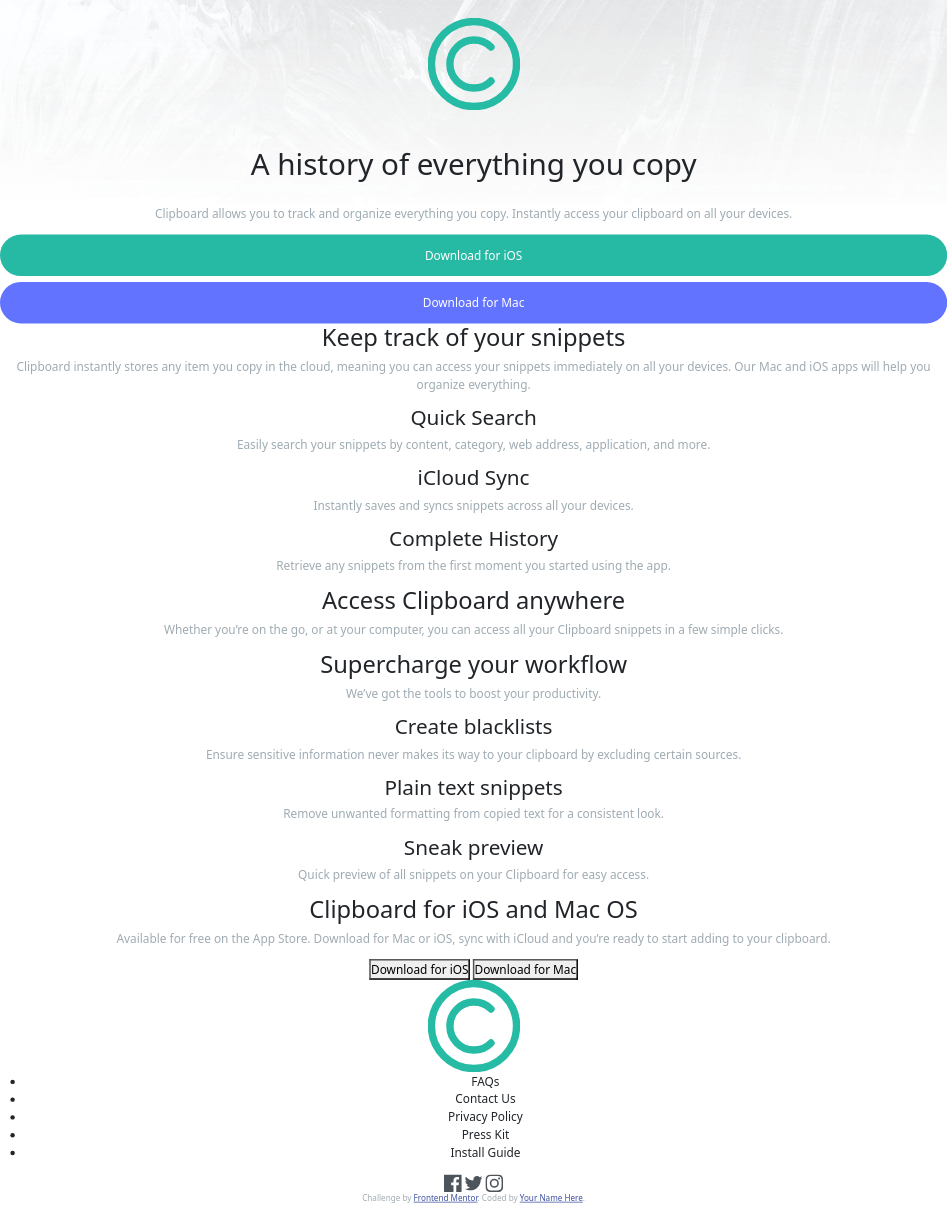
Repository: blordeus/clipboard-landing-page-master
Page: index.html
An editor plug-in stored every save of this project. The page is shown before and after a run of saves, followed by the edit.
The browser window is 1280 px wide. The pictures show the whole page, at 74% of full size.
Some web fonts or font styles are not loaded; a fallback is used. The style sheet was rebuilt from its Sass, Less or Tailwind sources for each picture, by a compiler version that may differ from the author's.

Above is the page before, as saved 2023-09-04 11:29:57.

### index.html
<!DOCTYPE html>
<html lang="en">
<head>
  <meta charset="UTF-8">
  <meta name="viewport" content="width=device-width, initial-scale=1.0"> <!-- displays site properly based on user's device -->

  <link rel="icon" type="image/png" sizes="32x32" href="./images/favicon-32x32.png">
  <link rel="stylesheet" href="style.css">
  <link href="https://cdn.jsdelivr.net/npm/bootstrap@5.3.1/dist/css/bootstrap.min.css" rel="stylesheet" integrity="sha384-4bw+/aepP/YC94hEpVNVgiZdgIC5+VKNBQNGCHeKRQN+PtmoHDEXuppvnDJzQIu9" crossorigin="anonymous">
  <title>Frontend Mentor | Clipboard landing page</title>

</head>
<body>
<main class="text-center">
    <header class="background py-4">
      <img src="./images/logo.svg" alt="">
      <h1 class="mt-5 translate-bottom-y">A history of everything you copy</h1>
    </header>

    <p>
      Clipboard allows you to track and organize everything you
      copy. Instantly access your clipboard on all your devices.
    </p>

    <div class="d-grid gap-2 d-block">
      <button class="btn-cyan rounded-pill">Download for iOS</button>
      <button class="btn-blue rounded-pill">Download for Mac</button>
    </div>

    <h2>Keep track of your snippets</h2>

    <p>
      Clipboard instantly stores any item you copy in the cloud,
      meaning you can access your snippets immediately on all your
      devices. Our Mac and iOS apps will help you organize everything.
    </p>

    <section>
      <h3>Quick Search</h3>
      <p>Easily search your snippets by content, category, web address, application, and more.</p>
      <h3>iCloud Sync</h3>
      <p>Instantly saves and syncs snippets across all your devices.</p>
      <h3>Complete History</h3>
      <p>Retrieve any snippets from the first moment you started using the app.</p>
    </section>

    <h2>Access Clipboard anywhere</h2>

    <p>
      Whether you’re on the go, or at your computer, you can access all your Clipboard
      snippets in a few simple clicks.
    </p>

    <h2>Supercharge your workflow</h2>

    <p>We’ve got the tools to boost your productivity.</p>

    <section>
      <h3>Create blacklists</h3>
      <p>Ensure sensitive information never makes its way to your clipboard by excluding certain sources.</p>
      <h3>Plain text snippets</h3>
      <p>Remove unwanted formatting from copied text for a consistent look.</p>
      <h3>Sneak preview</h3>
      <p>Quick preview of all snippets on your Clipboard for easy access.</p>
    </section>

    <h2>Clipboard for iOS and Mac OS</h2>

    <p>
      Available for free on the App Store. Download for Mac or iOS, sync with iCloud
      and you’re ready to start adding to your clipboard.
    </p>

    <button>Download for iOS</button>
    <button>Download for Mac</button>

    <section>
      <img src="./images/logo.svg" alt="">
      <ul>
        <li>FAQs</li>
        <li>Contact Us</li>
        <li>Privacy Policy</li>
        <li>Press Kit</li>
        <li>Install Guide</li>
      </ul>
      <div class="icons">
        <img src="./images/icon-facebook.svg" alt="">
        <img src="./images/icon-twitter.svg" alt="">
        <img src="./images/icon-instagram.svg" alt="">
      </div>
    </section>

    <footer>
      <p class="attribution">
        Challenge by <a rel= "noopener" href="https://www.frontendmentor.io?ref=challenge" target="_blank">Frontend Mentor</a>.
        Coded by <a href="#">Your Name Here</a>.
      </p>
    </footer>
</main>
</body>
</html>

### style.scss
@import url('https://fonts.googleapis.com/css2?family=Bai+Jamjuree:wght@400;600&family=Karla:wght@400;700&display=swap');

:root{
--Strong-Cyan: hsl(171, 66%, 44%);
--Light-Blue: hsl(233, 100%, 69%);
--Dark-Grayish-Blue: hsl(210, 10%, 33%);
--Grayish-Blue: hsl(201, 11%, 66%);

}
//reset
* {
    margin: 0;
    padding: 0;
    box-sizing: border-box;
}

body {
    font-family: 'Bai Jamjuree', sans-serif;
    background-color: hsl(204, 43%, 93%);
    font-size: 18px;
}

p {
    color: var(--Grayish-Blue);
}

//button
.btn-cyan {
    background-color: var(--Strong-Cyan);
    color: white;
    padding: 1rem;
    border: none;
    cursor: pointer;
}

.btn-blue {
    background-color: var(--Light-Blue);
    color: white;
    padding: 1rem;
    border: none;
    cursor: pointer;
}

.background {
    background-image: url(./images/bg-header-mobile.png);
    background-repeat: no-repeat;
    background-size: cover;
    background-position: center;
    height: 100%;
    width: 100%;
}

.attribution { font-size: 11px; text-align: center; }
.attribution a { color: hsl(228, 45%, 44%); }

//media query for 900px
@media screen and (min-width: 900px) {
    .background {
        background-image: url(./images/bg-header-desktop.png);
    }
}

After the next 3 saves:
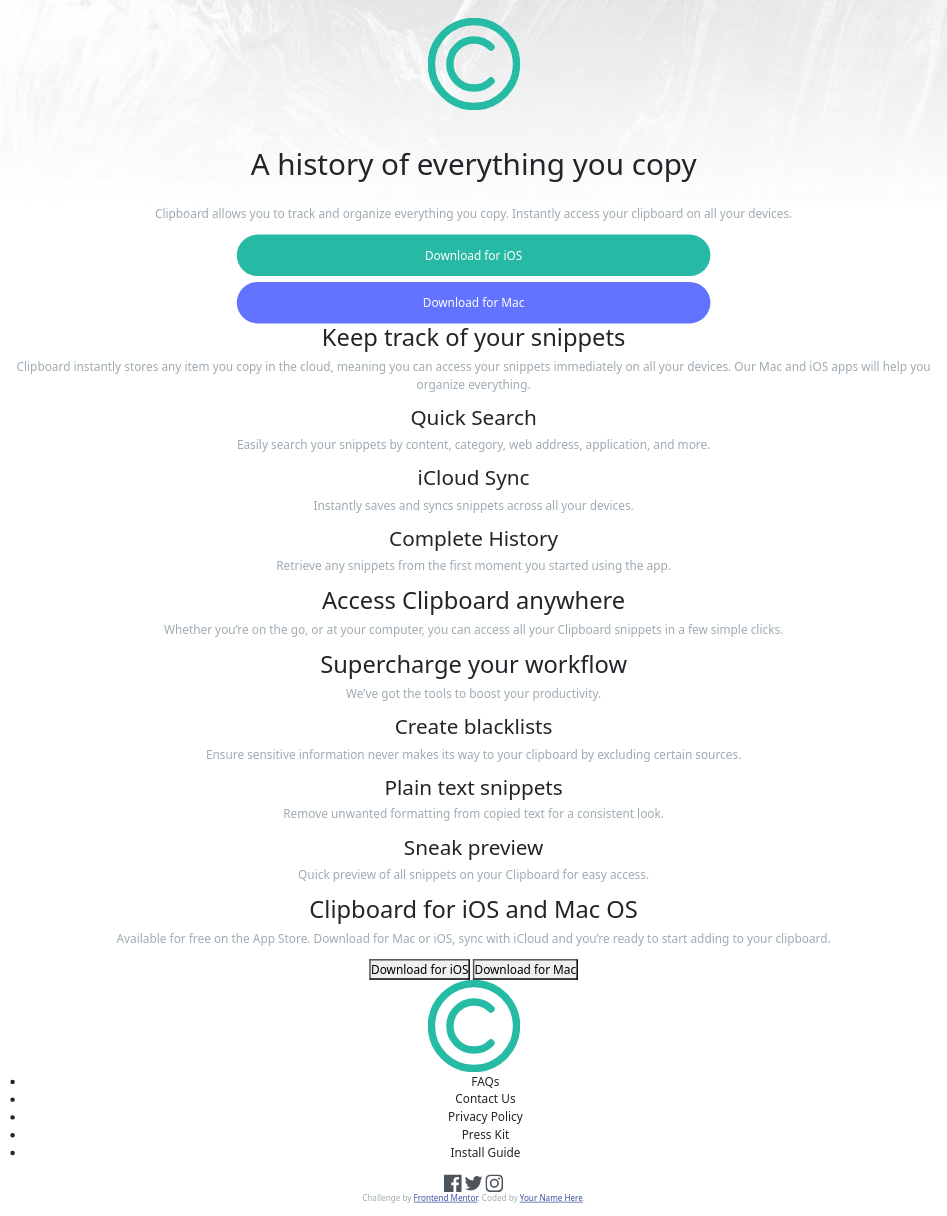
The 3 saves are shown as one change because they came seconds apart.
The last was saved 12 s later.
--- a/index.html
+++ b/index.html
@@ -22,7 +22,7 @@
       copy. Instantly access your clipboard on all your devices.
     </p>
 
-    <div class="d-grid gap-2 d-block">
+    <div class="d-grid gap-2 col-6 mx-auto">
       <button class="btn-cyan rounded-pill">Download for iOS</button>
       <button class="btn-blue rounded-pill">Download for Mac</button>
     </div>

After the save that followed:
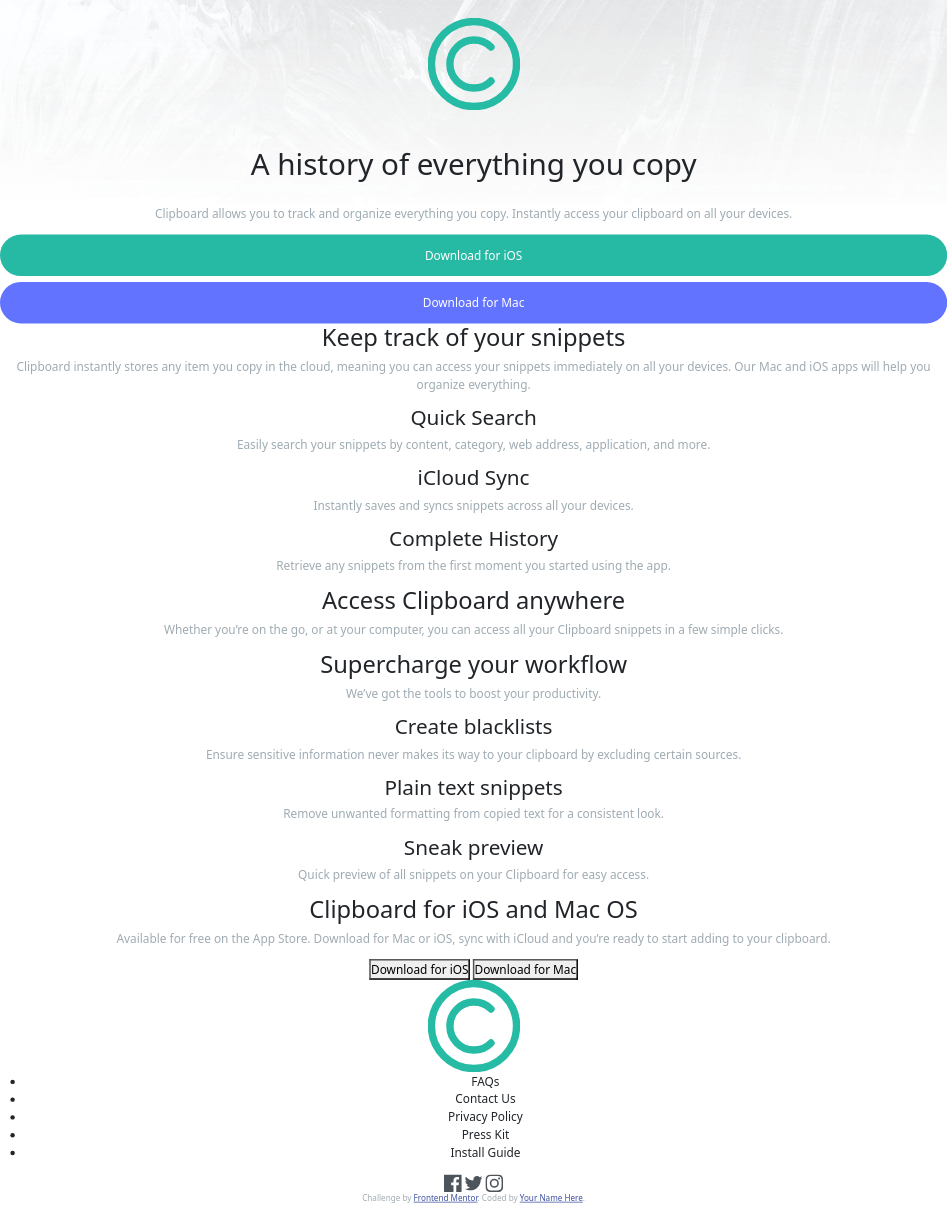
Saved 52 s later.
--- a/index.html
+++ b/index.html
@@ -22,7 +22,7 @@
       copy. Instantly access your clipboard on all your devices.
     </p>
 
-    <div class="d-grid gap-2 col-6 mx-auto">
+    <div class="d-grid gap-2 col-12 mx-auto">
       <button class="btn-cyan rounded-pill">Download for iOS</button>
       <button class="btn-blue rounded-pill">Download for Mac</button>
     </div>
